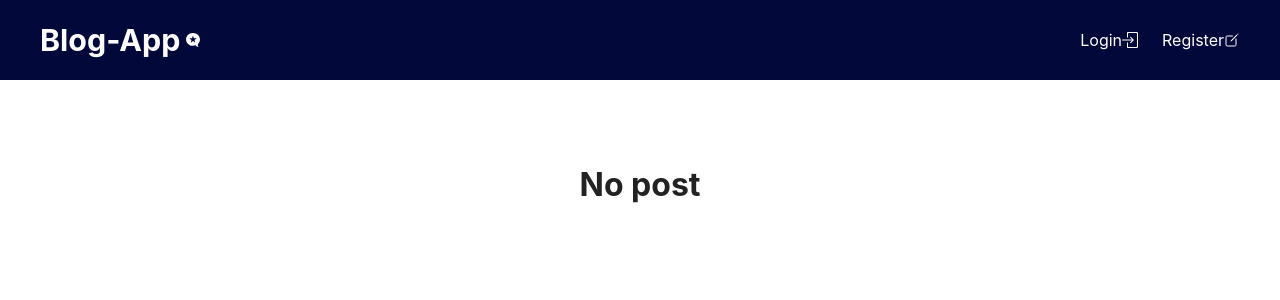
Repository: ateeque-219/BlogApp
Page: / (app in blogapp/)
The author's editor kept a copy of each file at every save. The page is drawn from the files as they stood at one save, then again after the next save.
The browser window is 1280 px wide. The pictures show the whole page.
The page's requests for data from a server got no answer. The project was rebuilt for these pictures with package versions that can differ from the ones it lists, and the page was loaded fresh each time. No one was signed in, and anything a server would have sent is missing. Also part of the build but not shown: blogapp/src/Post.js, blogapp/src/pages/LoginPage.js, blogapp/src/pages/RegisterPage.js, blogapp/src/pages/CreatePost.js, blogapp/src/pages/PostPage.js, blogapp/src/pages/EditPost.js. Imported but missing from the stored project, and not drawn on this page: blogapp/src/Editor.

Above is the page before, as saved 2024-01-23 20:29:01.

### blogapp/src/index.js
import React from 'react';
import ReactDOM from 'react-dom/client';
import './index.css';
import App from './App';
import  { BrowserRouter } from "react-router-dom";

const root = ReactDOM.createRoot(document.getElementById('root'));
root.render(
  <React.StrictMode>
   <BrowserRouter>
   <App />
   </BrowserRouter>
  </React.StrictMode>
);

### blogapp/src/App.js

import { Route, Routes } from 'react-router';
import './App.css';
import Layoutt from './Layoutt';
import Indexpage from './pages/Indexpage';
import LoginPage from './pages/LoginPage';
import RegisterPage from './pages/RegisterPage';
import { UserContextProvider } from './UserContext';
import CreatePost from './pages/CreatePost';
import PostPage from './pages/PostPage';
import EditPost from './pages/EditPost';

function App() {
  return (
    <UserContextProvider>
      <Routes>
      <Route path="/" element={<Layoutt />}>
        <Route index element={<Indexpage />} />
        <Route path="/login" element={<LoginPage/>} />
        <Route path ="/register" element={<RegisterPage/>}/>
        <Route path ="/create" element={<CreatePost />}></Route>
        <Route path ="/post/:id" element={<PostPage/>}/>
        <Route path="/edit/:id" element={<EditPost/>}/>
      </Route>
    </Routes>
    </UserContextProvider>
  );
}

export default App;

### blogapp/src/App.css
/* *{
  box-sizing: border-box;
}
body{
  color: #353535;
}
img{
  max-width: 100%;
}
main{
  padding: 12px;
  max-width: 900px;
  margin:0 auto ;
  border: 1px solid black;
}
header{
 display: flex;
 justify-content: space-between;
 margin-bottom: 50px;
 align-items: center;
}
header a{
  text-decoration: none;
  color: inherit;
  font-size: 20px;
}
header a.logo{
  font-weight: bolder;
  font-size: 30px;
}
header nav{
  display: flex;
  gap: 18px;
}
div.post{
  display: flex;
  gap: 22px;
   margin-bottom: 44px;
}
div.texts{
  margin: 0;
  padding: 0;
}

.texts h2 {
  margin: 0;
}

.image {
  margin-top: 18px;
  width: 600px;
}
div.post p.info{
  margin: 5px 0;
  display: flex;
  gap: 5px;
  font-weight: bold;
  color: #888;
  font-size: 1rem;

}
div.post p.info a.author{
  color: #333;
}
div.post p.summary{
  margin:4px 0;
  line-height: 1.5rem;
}
form.login , form.register{
max-width: 450px;
  margin: 0 auto;
}
input{
 width: 100%;
 display: block;
 margin-bottom: 7px;
 padding: 7px 5px;
 background-color:#fff;
 border: 2.5px solid #ddd;
 border-radius: 5px;

}
button{
  width: 100%;
  display: block;
 margin-bottom: 7px;
 padding: 7px;
  background-color: rgb(32, 30, 30);
 border-radius: 5px;
 color: white;
}

.title{
  text-align: center;
} */


*{
  box-sizing: border-box;
}
a{
  cursor: pointer;
}
body{
  margin: 0;
  color: #222;
}
img{
  max-width: 100%;
}
/* main{
  padding: 16px;
  max-width: 960px;
  margin: 0 auto;
} */
main{

  /* padding: 16px; */
  max-width: 100%;
  /* margin: 0 auto; */
}


/* header{
  display:flex;
  justify-content:space-between;
  margin-top: 20px;
  margin-bottom: 50px;
  align-items: center;
} */
header{
  position: sticky;
  display:flex;
  justify-content:space-between;
  margin-bottom: 50px;
  align-items: center;
  height: 60px;
  color: white;
  background-color: #03083a;
  padding: 40px;
}

.logodiv{
  display: flex;
  justify-content: center;
  align-items: center;
  gap: 5px;
}
/* .loginn{
  display: flex;
  gap:5px;
  justify-content: center;
  align-items: center;
  background-color: #4f4f89;
  padding: 9px;
  border-radius: 10px;
  cursor: pointer;
}  */
/* .loginn :active{
  background-color: #8b8ead;
  color: black;
} */
/* .loginnn :active{
  background-color: #8b8ead;
  color: black;
} */
/* .loginnn{
  display: flex;
  gap:5px;
  justify-content: center;
  align-items: center;
  background-color:#4f4f89;
  padding: 4px;
  border-radius: 10px;
} */
header a{
  text-decoration:none;
  color: inherit;

}
header a.logo{
  font-weight: bold;
  font-size: 1.9rem;
}
header nav{
  display:flex;
  gap: 24px;
}

/* div.post{
  display: grid;
  grid-template-columns: 1fr;
  gap: 1px;
  margin-bottom: 30px;
} */
.front{
  display: flex;
  width: 100%;
  justify-content: space-evenly;
  flex-wrap: wrap;
  padding: 14px;
}
.parent-front{
  display: flex;
  justify-content: center;
  width: 100%;
}
.post{
  display: flex;
  flex-direction: row;
  justify-content: center;
  align-items: center;
  flex-wrap: wrap;
  width: 300px;
  height: 500px;
  overflow-y: hidden;
  padding: 10px;
  border-radius:'50px';
  background-color: whitesmoke;
  box-shadow: 4.0px 8.0px 8.0px hsl(0deg 0% 0% / 0.38);
  margin: 20px;
}

div.post div.texts h2{
  margin:0;
  font-size: 2rem;
}
div.post div.texts a{
  text-decoration:none;
  color: inherit;
}
div.post p.info{
  margin:24px 0;
  color: #888;
  font-size:1rem;
  font-weight: bold;
  display: flex;
  gap: 10px;
}
div.post p.info a.author{
  color:#333;
}
div.post p.summary{
  margin:10px 0;
  line-height: 1.8rem;
}

form.login, form.register{
  max-width: 400px;
  margin: 0 auto;
}
input{
  display: block;
  margin-bottom: 5px;
  width: 100%;
  padding: 5px 7px;
  border: 2px solid #ddd;
  border-radius: 5px;
  background-color: #fff;
}
button{
  cursor: pointer;
  width: 100%;
  display: block;
  background-color: #555;
  border:0;
  color: #fff;
  border-radius: 5px;
  padding: 7px 0;
}
form.login h1, form.register h1{
  text-align: center;
}

div.post-page div.image{
  max-height:300px;
  display: flex;
  overflow:hidden;
}
div.post-page div.image img{
  object-fit: cover;
  object-position: center center;
  width: 100%;
}
div.post-page a{
  color:#333;
  text-decoration: underline;
}
div.post-page h1{
  text-align: center;
  margin: 10px 0 5px;
}
div.post-page time{
  text-align: center;
  display: block;
  font-size:1rem;
  color:#aaa;
  margin: 10px 0;
}
div.post-page div.author{
  text-align: center;
  margin-bottom: 20px;
  font-size: .7rem;
  font-weight: bold;
}
div.content p{
  line-height: 1.7rem;
  margin: 30px 0;
}
div.content li{
  margin-bottom: 10px;
}
div.edit-row{
  text-align: center;
  margin-bottom: 20px;
}
div.post-page a.edit-btn{
  background-color: #333;
  display: inline-flex;
  align-items: center;
  gap: 5px;
  color: #fff;
  padding:15px 30px;
  border-radius: 5px;
  text-decoration: none;
}
a svg{
  height:20px;
}

.loginn {
  display: flex;
  align-items: center;
  padding: ;
}

### blogapp/src/Layoutt.js
import React from 'react'
import Head from './Head'
import { Outlet } from 'react-router-dom'
const Layoutt = () => {
  return (
    <main>
      <Head></Head>
      <Outlet/>
    </main>
  )
}

export default Layoutt

### blogapp/src/pages/Indexpage.js
 import React, { useEffect, useState } from 'react'
 import Post from "../Post"

 const Indexpage = () => {
  const [posts , setPosts] = useState([]);
   useEffect(()=>{
    fetch('http://localhost:4000/post').then(response =>{
      response.json().then(posts =>{
        // console.log(posts);
        setPosts(posts);
      })
    })
  },[]);
   return (
     <div className='parent-front'>
      <div className='front'>
      {
        posts.length > 0 ? (posts.map(post=>(
          <Post {...post}/>
        ))) : <h1>No post</h1>
      }
     </div>
     </div>
   )
 }

 export default Indexpage

### blogapp/src/UserContext.js
import { createContext, useState } from 'react';
export const UserContext = createContext({});

export function UserContextProvider({ children }) {
  const [userinfo, setuserinfo] = useState({});

  return (
    <UserContext.Provider value={{ userinfo, setuserinfo }}>
      {children}
    </UserContext.Provider>
  );
}

### blogapp/src/Head.js
import React, { useContext, useEffect, useState } from 'react'
import { Link } from 'react-router-dom';
import { UserContext } from './UserContext';
import { FaMicroblog } from "react-icons/fa6";
import { SlLogin } from "react-icons/sl";
import { IoCreateOutline } from "react-icons/io5";
import { MdCreateNewFolder } from "react-icons/md";
import { CiLogout } from "react-icons/ci";

const Head = () => {
  // const ctx = useContext(UserContext);
  // const [userinfo,setuserinfo] = useState(ctx);
  const { setuserinfo, userinfo } = useContext(UserContext);
  useEffect(() => {
    fetch('http://localhost:4000/profile', {
      credentials: 'include',
    })
      .then(response => {
        return response.json();
      })
      .then(profileInfo => {
        console.log(profileInfo)
        setuserinfo(profileInfo);
      })
      .catch(error => {
        throw (error);
      });
  }, []);


  function logout() {
    fetch('http://localhost:4000/logout', {
      credentials: 'include',
      method: 'POST',
    });
    setuserinfo(null);
  }

  const username = userinfo?.username;

  // console.log('dasda',userinfo?.username);
  return (
    <header>
      <div className='logodiv'>
        <Link to="/" className="logo">Blog-App
        </Link>
        <FaMicroblog />
      </div>

      <nav>
        {username && (
          <>
            {/* {console.log('3343')} */}
            <div className='loginnn'>
              <Link to="/create" className='loginn'>create</Link>
              <MdCreateNewFolder />
            </div>
            <div className='loginnn'>
              <a onClick={logout}>logout</a>
              <CiLogout />
            </div>
          </>
        )}
        {!username && (
          <>
            {/* {console.log('3343')} */}
            <Link to="/login" className='loginn'> Login <SlLogin /></Link>

            <Link to="/register" className='loginn'>Register <IoCreateOutline /></Link>

          </>
        )}
      </nav>
    </header>
  );
}
export default Head;

Loaded but not shown: blogapp/public/index.html (common file); blogapp/src/index.css (common file)

After the next save:
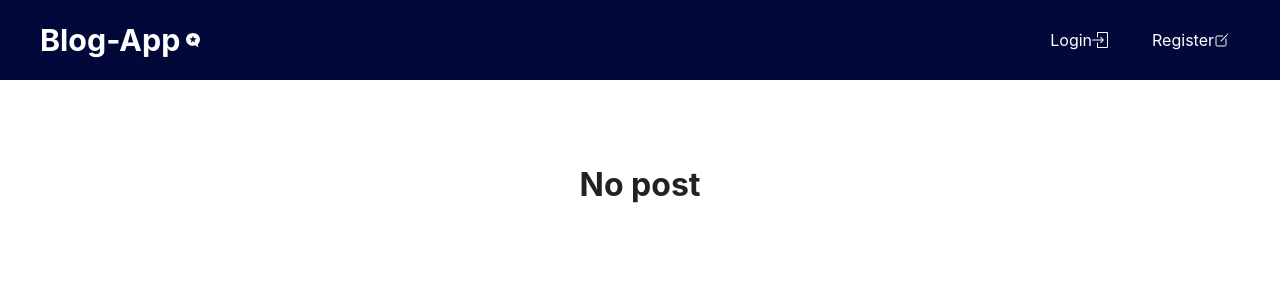
Saved 5 s later.
--- a/blogapp/src/App.css
+++ b/blogapp/src/App.css
@@ -331,5 +331,5 @@ a svg{
 .loginn {
   display: flex;
   align-items: center;
-  padding: ;
-}
+  padding: 10px;
+}
